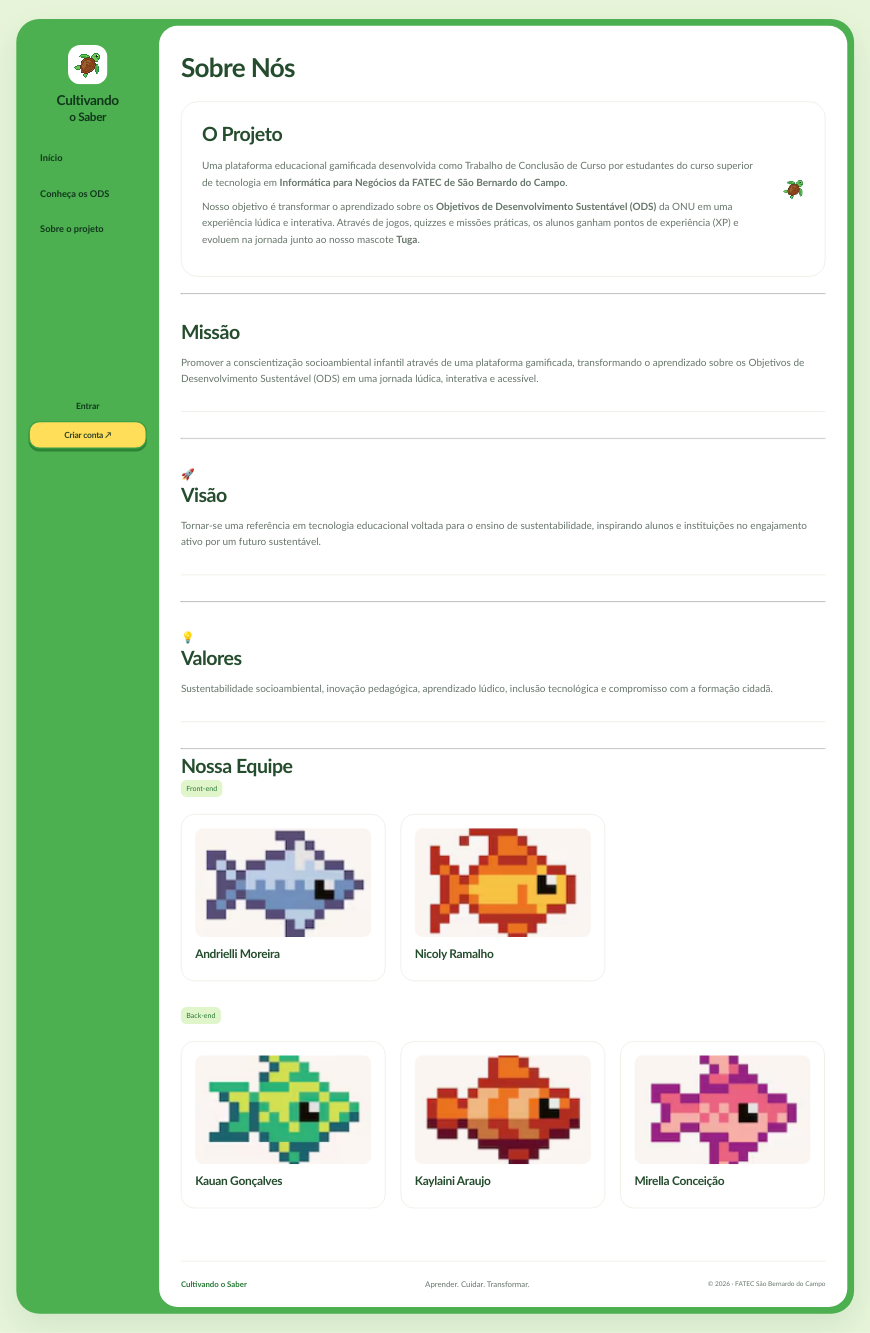
Repository: allerim-03/Jogo-ODS---TCC
Page: TCC-V4/TCC/public/pages/public/about.html
These files come from the project's save history. The page is drawn as it stood at one moment and after a run of saves; the edit follows.
The browser window is 1280 px wide. The pictures show the whole page, at 68% of full size.

Above is the page before, as saved 2026-10-13 15:08:40.

After the next 2 saves:
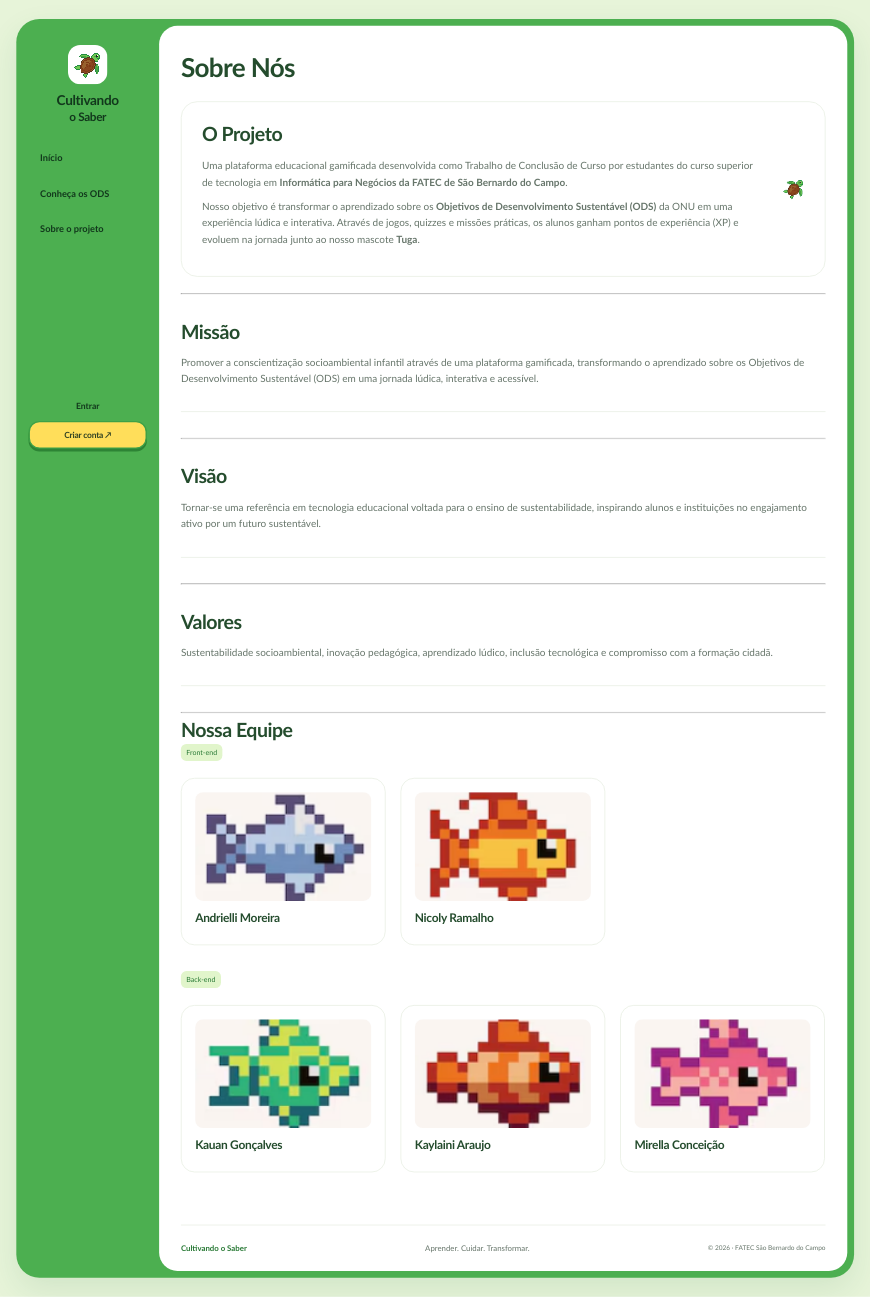
The 2 saves are shown as one change because they came seconds apart.
The last was saved 9 s later.
--- a/TCC-V4/TCC/public/pages/public/about.html
+++ b/TCC-V4/TCC/public/pages/public/about.html
@@ -86,7 +86,7 @@
             <section class="secao-info secao-topico-linear">
 
                 <div class="icone-topico">
-                    🚀
+
                 </div>
 
                 <div class="bloco-texto">
@@ -112,7 +112,7 @@
             <section class="secao-info secao-topico-linear">
 
                 <div class="icone-topico">
-                    💡
+
                 </div>
 
                 <div class="bloco-texto">
